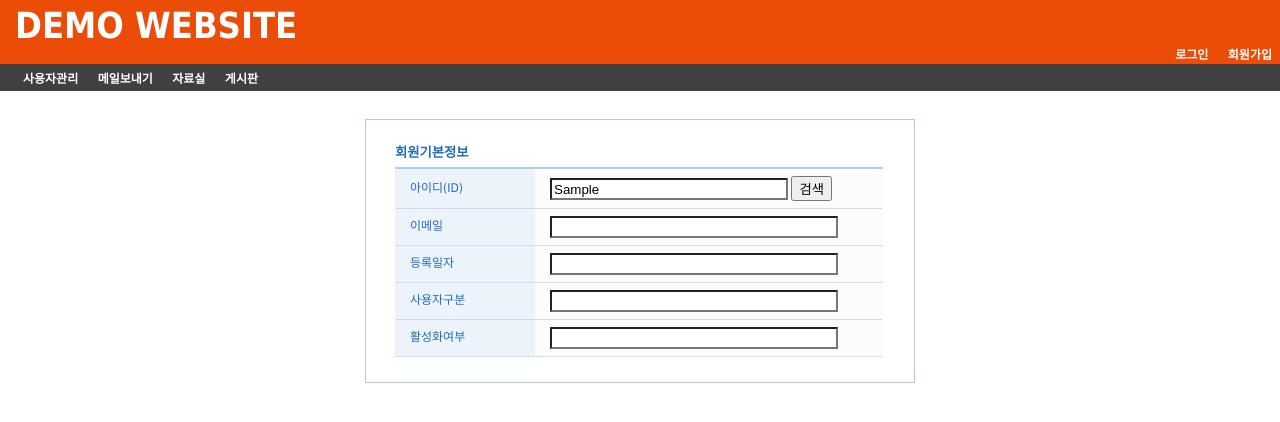
Repository: superThisMe/spring-basic
Page: http://localhost/07.spring-ajax/member-search-four
An editor plug-in stored every save of this project. The page is shown before and after the next save, followed by the edit.
The browser window is 1280 px wide. The pictures show the whole page.
Empty fields were first filled with sample values (such as "Sample", 5 or name@example.com).
After loading, the first visible `#memberId` was changed once.
The page is served by Tomcat 9. Queries for data that is not in the repository find no rows.

Above is the page before, as saved 2020-01-03 07:03:20.
Console error: ReferenceError: list is not defined

After the next save:
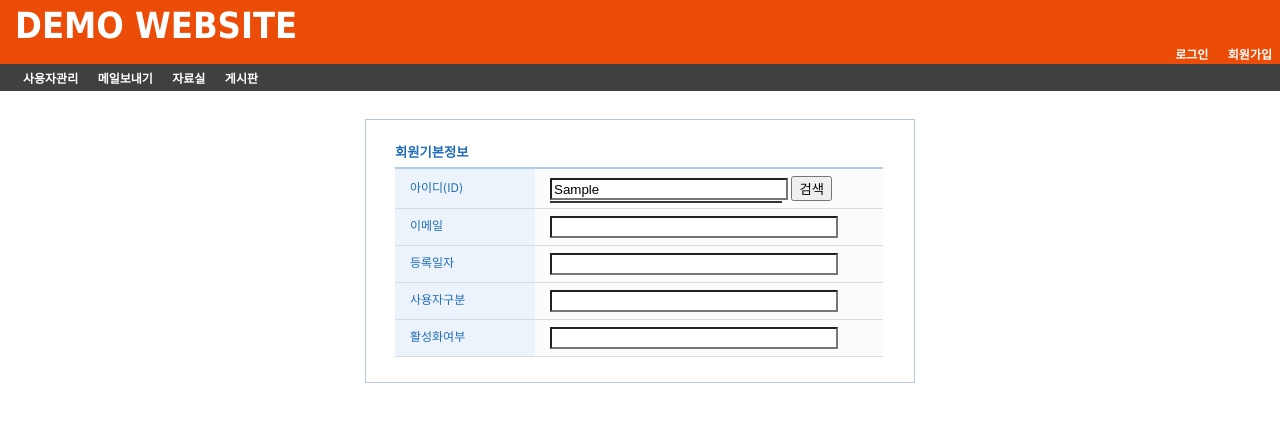
The error is gone.
Saved 23 s later.
--- a/07.spring-ajax/src/main/webapp/WEB-INF/views/account/update4.jsp
+++ b/07.spring-ajax/src/main/webapp/WEB-INF/views/account/update4.jsp
@@ -133,9 +133,9 @@
 						}
 						outerBox.empty();
 
-						for (var i = 0; i < list.length; i++) {
+						for (var i = 0; i < resp.length; i++) {
 							var innerBox = $('<div></div>');
-							innerBox.text(list[i]);
+							innerBox.text(resp[i]);
 							innerBox.css({
 								"padding" : "5px"
 							});
